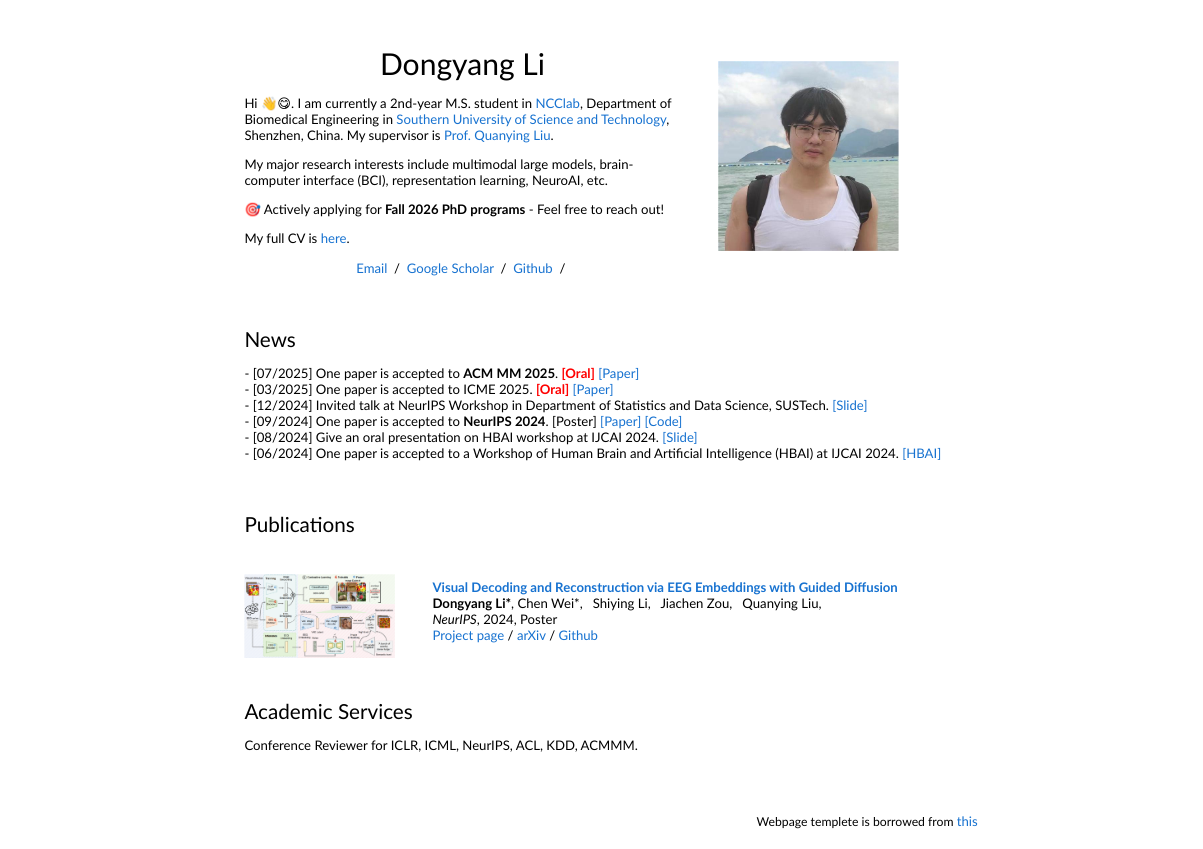
Repository: dongyangli-del/dongyangli-del.github.io
Page: index.html
An editor plug-in stored every save of this project. The page is shown before and after a run of saves, followed by the edit.
The browser window is 1280 px wide. The pictures show the whole page, at 94% of full size.

Above is the page before, as saved 2025-07-12 20:27:10.

After the next 2 saves:
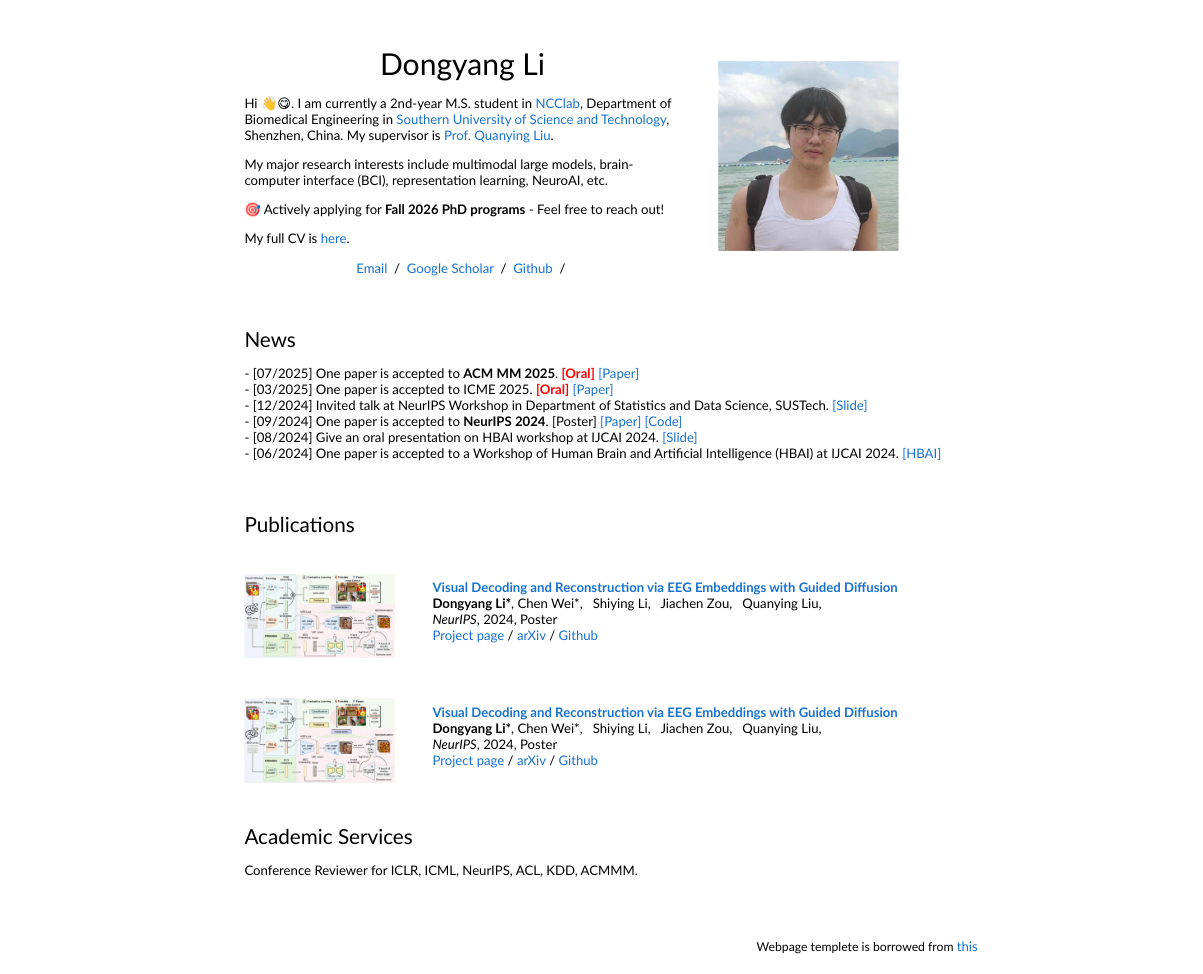
The 2 saves are shown as one change because they came seconds apart.
The last was saved 23 s later.
--- a/index.html
+++ b/index.html
@@ -156,6 +156,34 @@
       </tr>
 
 
+      <!-- EEG_Image_Decode -->
+      <tr>
+        <td style="padding:20px;width:25%;vertical-align:middle">
+          <img src='myassets/EEG_Image_decode.png' width="100%">
+        </td>
+        <td style="padding:20px;width:75%;vertical-align:middle">
+          <a href="https://github.com/dongyangli-del/EEG_Image_decode/">
+            <span class="papertitle">Visual Decoding and Reconstruction via EEG Embeddings with Guided Diffusion</span>
+          </a>
+          <br>
+          <strong>Dongyang Li*</strong>,
+          <font style="color:black;">Chen Wei*, </font> &nbsp;
+          <font style="color: black;">Shiying Li, </font> &nbsp;
+          <font style="color: black;">Jiachen Zou, </font> &nbsp;
+          <font style="color: black;">Quanying Liu, </font> &nbsp;
+          <br>
+          <em>NeurIPS</em>, 2024, Poster
+          <br>
+          <a href="https://dongyangli-del.github.io/EEG_Image_Decode/">Project page</a> /
+          <a href="https://arxiv.org/pdf/2403.07721">arXiv</a> /
+          <a href="https://github.com/dongyangli-del/EEG_Image_decode">Github</a>
+          <p></p>
+          <p>
+          </p>
+        </td>
+      </tr>
+
+
 
     <table style="width:100%;border:0px;border-spacing:0px;border-collapse:separate;margin-right:auto;margin-left:auto;"><tbody>
       <tr>
